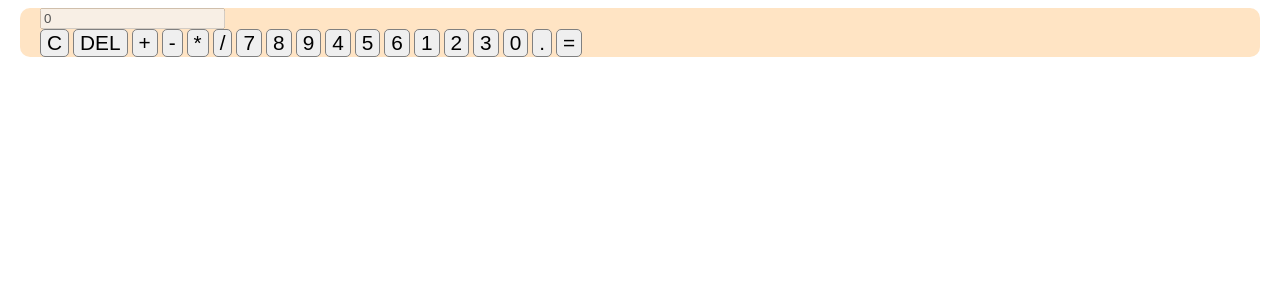
Repository: jaskeat/Calculator
Page: index.html
The author's editor kept a copy of each file at every save. The page is drawn from the files as they stood at one save, then again after the next save.
The browser window is 1280 px wide. The pictures show the whole page.

Above is the page before, as saved 2024-09-05 09:06:17.

### index.html
<!DOCTYPE html>
<html lang="en">
	<head>
		<meta charset="UTF-8" />
		<meta name="viewport" content="width=device-width, initial-scale=1.0" />
		<title>Calculator</title>
		<link rel="stylesheet" href="style.css" />
	</head>
	<body>
		<div class="calculator">
			<div class="display">
				<input type="text" class="display-input" value="0" disabled />
			</div>
			<div class="buttons">
				<button class="btn" onclick="clearDisplay()">C</button>
				<button class="btn" onclick="deleteLast()">DEL</button>
				<button class="btn" onclick="append('+')">+</button>
				<button class="btn" onclick="append('-')">-</button>
				<button class="btn" onclick="append('*')">*</button>
				<button class="btn" onclick="append('/')">/</button>
				<button class="btn" onclick="append('7')">7</button>
				<button class="btn" onclick="append('8')">8</button>
				<button class="btn" onclick="append('9')">9</button>
				<button class="btn" onclick="append('4')">4</button>
				<button class="btn" onclick="append('5')">5</button>
				<button class="btn" onclick="append('6')">6</button>
				<button class="btn" onclick="append('1')">1</button>
				<button class="btn" onclick="append('2')">2</button>
				<button class="btn" onclick="append('3')">3</button>
				<button class="btn" onclick="append('0')">0</button>
				<button class="btn" onclick="append('.')">.</button>
				<button class="btn" onclick="calculate()">=</button>
			</div>
		</div>
		<script src="script.js"></script>
	</body>
</html>

### style.css
body {
	display: flex;
	justify-content: center;
	align-items: center;
}

.calculator {
	width: 100%;
	max-width: 1200px;
	margin: 0 auto;
	padding: 0 20px;
	background-color: bisque;
	border-radius: 10px;
}

.btn {
	border-radius: 5px;
	border: 1px grey solid;
	font-size: 1.3rem;
}

Loaded but not shown: script.js (no copy from this time; the picture is the same without it)

After the next save:
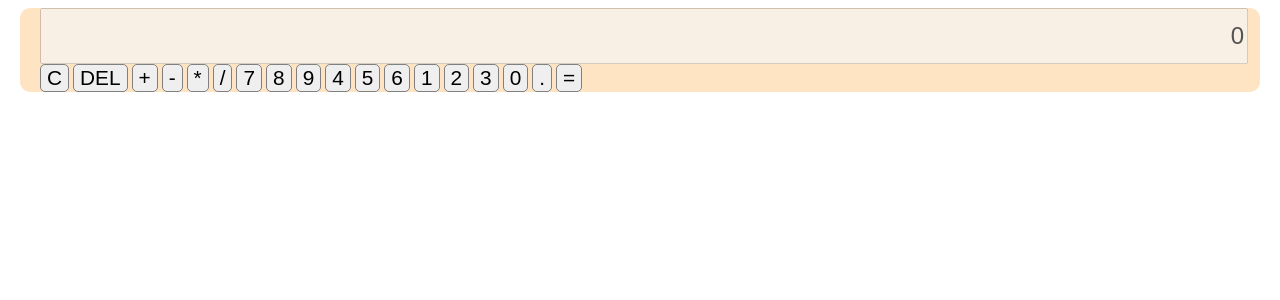
Saved 13 s later.
--- a/style.css
+++ b/style.css
@@ -18,3 +18,10 @@ body {
 	border: 1px grey solid;
 	font-size: 1.3rem;
 }
+
+input {
+	width: 100%;
+	height: 50px;
+	font-size: 1.5rem;
+	text-align: right;
+}
